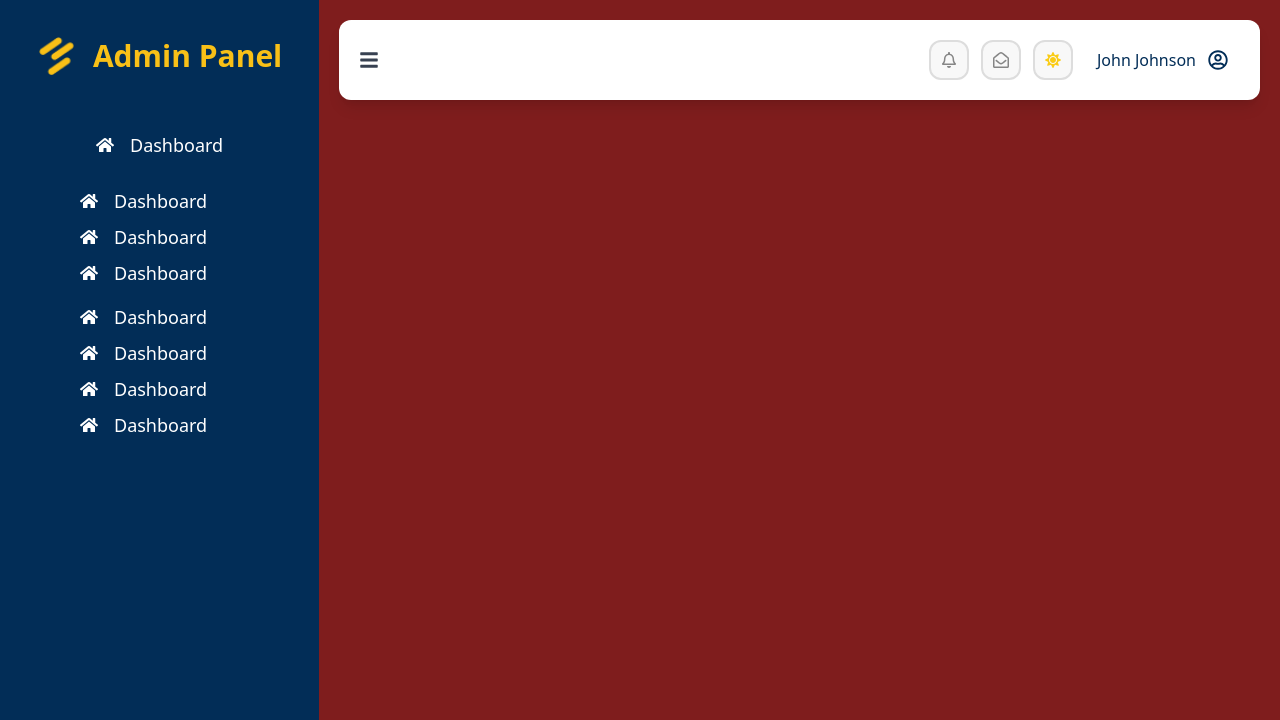
Repository: farrelmuhammad/redesign-bo
Page: /
These files come from the project's save history. The page is drawn as it stood at one moment and after the next save; the edit follows.
The browser window is 1280 px wide. The pictures show the whole page.
The project was rebuilt for these pictures with package versions that can differ from the ones it lists, and the page was loaded fresh each time. Also part of the build but not shown: src/App.css.

Above is the page before, as saved 2024-03-02 19:52:33.

### src/App.tsx
import React from 'react';
import logo from './logo.svg';
import './App.css';
import Navbar from './components/Navbar';
import Sidebar from './components/Sidebar';

function App() {
  return (
    <section className='bg-red-900 h-screen w-screen flex font-poppins text-white'>
      <Sidebar />
      <Navbar />
    </section>
  );
}

export default App;

### src/components/Navbar.tsx
import React from 'react'
import { FaBars, FaMoon, FaRegBell, FaRegEnvelopeOpen, FaRegUserCircle, FaSun } from "react-icons/fa";

const Navbar = () => {
    return (
        <nav className='bg-white h-20 w-full flex flex-row justify-between items-center px-5 m-5 rounded-xl shadow-lg'>
            <div className="flex flex-1 justify-start items-center">
                <button className='text-xl text-gray-700 hover:text-black'>
                    <FaBars />
                </button>
            </div>
            <div className="flex flex-1 flex-row gap-3 justify-end items-end">
                <button className='flex justify-center items-center h-10 w-10 text-[#868686] bg-[#F8F8F8] rounded-xl border-[2px] border-[#DDDDDD] hover:border-gray-500 hover:text-gray-500'>
                    <FaRegBell />
                </button>
                <button className='flex justify-center items-center h-10 w-10 text-[#868686] bg-[#F8F8F8] rounded-xl border-[2px] border-[#DDDDDD] hover:border-gray-500 hover:text-gray-500'>
                    <FaRegEnvelopeOpen />
                </button>
                <button className='flex justify-center items-center h-10 w-10 rounded-xl border-[2px] border-[#DDDDDD] bg-[#F8F8F8] text-yellow-400 hover:border-gray-500 hover:text-yellow-500'>
                    <FaSun />
                    {/* <FaMoon /> */}
                </button>
                <button className='flex flex-row justify-center items-center py-2 px-3 gap-3 text-[#022D57] hover:text-[#1e183a]'>
                    John Johnson <FaRegUserCircle className='text-xl' />
                </button>
            </div>
        </nav>
    )
}

export default Navbar

### src/components/Sidebar.tsx
import React from 'react'
import Logo from '../assets/images/Logo.png'
import { FaHome } from 'react-icons/fa'

const Sidebar = () => {
    return (
        <aside className='flex flex-col h-full w-1/4 justify-start items-center bg-[#022D57] py-5'>
            <div className="flex flex-row h-20 justify-start gap-4 items-center">
                <img className="h-10 w-10" src={Logo} alt="" />
                <h1 className='font-bold text-3xl text-[#F9C017]'>Admin Panel</h1>
            </div>
            <div className="flex flex-col h-full w-full justify-start gap-4 items-start py-5 px-20">
                <ul className='flex flex-col gap-2 w-full font-medium text-lg'>
                    <li className='w-full'>
                        <button className='flex flex-row justify-start w-full items-center gap-4 py-5 px-4 hover:rounded-xl hover:bg-[#3996DC] hover:bg-opacity-[20%] hover:'>
                        <FaHome /> Dashboard
                        </button>
                    </li>
                    <li className='flex flex-row justify-start items-center gap-4'>
                        <FaHome /> Dashboard
                    </li>
                    <li className='flex flex-row justify-start items-center gap-4'>
                        <FaHome /> Dashboard
                    </li>
                    <li className='flex flex-row justify-start items-center gap-4'>
                        <FaHome /> Dashboard
                    </li>
                </ul>
                <ul className='flex flex-col gap-2 font-medium text-lg'>
                    <li className='flex flex-row justify-start items-center gap-4'>
                        <FaHome /> Dashboard
                    </li>
                    <li className='flex flex-row justify-start items-center gap-4'>
                        <FaHome /> Dashboard
                    </li>
                    <li className='flex flex-row justify-start items-center gap-4'>
                        <FaHome /> Dashboard
                    </li>
                    <li className='flex flex-row justify-start items-center gap-4'>
                        <FaHome /> Dashboard
                    </li>
                </ul>
            </div>
        </aside>
    )
}

export default Sidebar

Loaded but not shown: public/index.html (common file); src/index.tsx (common file); src/index.css (common file); src/reportWebVitals.ts (common file); tailwind.config.js (common file)

After the next save:
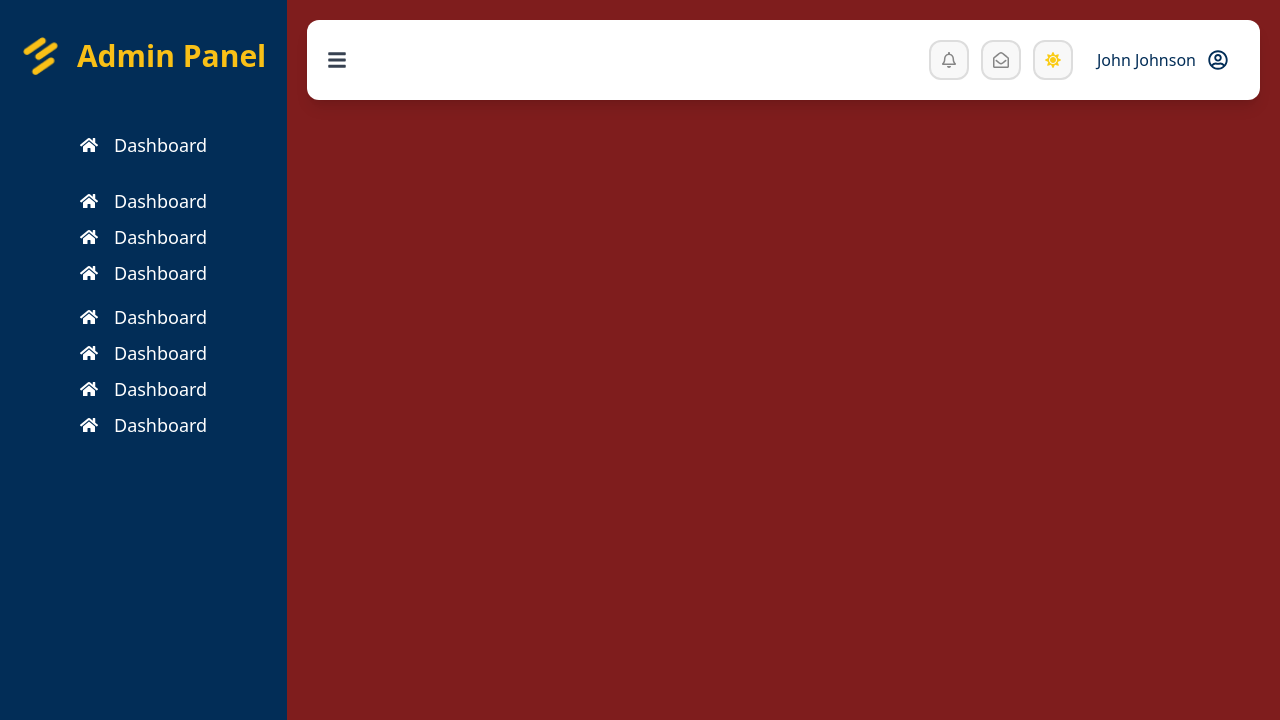
Saved 20 s later.
--- a/src/components/Sidebar.tsx
+++ b/src/components/Sidebar.tsx
@@ -12,7 +12,7 @@ const Sidebar = () => {
             <div className="flex flex-col h-full w-full justify-start gap-4 items-start py-5 px-20">
                 <ul className='flex flex-col gap-2 w-full font-medium text-lg'>
                     <li className='w-full'>
-                        <button className='flex flex-row justify-start w-full items-center gap-4 py-5 px-4 hover:rounded-xl hover:bg-[#3996DC] hover:bg-opacity-[20%] hover:'>
+                        <button className='flex flex-row justify-center w-full items-center gap-4 py-5 hover:rounded-xl hover:bg-[#3996DC] hover:bg-opacity-[20%] hover:'>
                         <FaHome /> Dashboard
                         </button>
                     </li>
